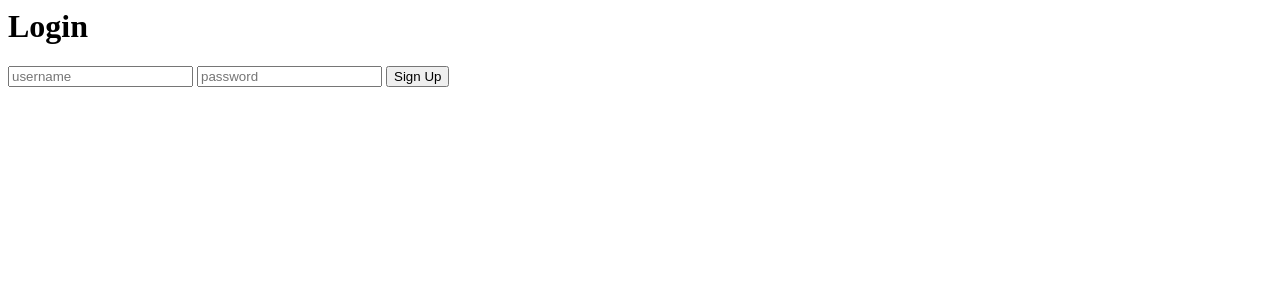
Repository: joeydom97/WebDevCourse
Page: http://localhost/login
The author's editor kept a record of every edit. The page is drawn from the files as they stood at one moment, then again after the next edit.
The browser window is 1280 px wide. The pictures show the whole page.
The page is served by the project's Node server (YelpCamp/app.js). Other server files are loaded and not shown.

Above is the page before.

### workspace/YelpCamp/views/login.ejs
<h1>Login</h1>

<form action="/login" method="POST">
    <input type="text" name="username" placeholder="username">
    <input type="password" name="password" placeholder="password">
    <button>Sign Up</button>
</form>

### workspace/YelpCamp/app.js
var express = require('express'),
    app = express(),
    bodyParser = require('body-parser'),
    mongoose = require('mongoose'),
    Campground = require('./models/campground'),
    seedDB = require("./seeds"),
    Comment = require('./models/comment'),
    User = require('./models/user'),
    passport = require('passport'),
    LocalStrategy = require('passport-local');

seedDB();

mongoose.connect("mongodb://localhost/yelp_camp", {useNewUrlParser: true});
app.use(bodyParser.urlencoded({extended: true}));

app.set("view engine", "ejs");
app.use(express.static(__dirname + "/public"));


app.use(require("express-session")({
    secret: "I love all the tomatoes in the entire world",
    resave: false,
    saveUninitialized: false
}));

app.use(passport.initialize());
app.use(passport.session());
passport.use(new LocalStrategy(User.authenticate()));
passport.serializeUser(User.serializeUser());
passport.deserializeUser(User.deserializeUser());



app.get("/", function(req, res){
    res.render("landing");
});

app.get("/campgrounds", function(req, res){
    Campground.find({}, function(err, campgrounds){
       if(err){
           console.log(err);
       } else{
           res.render("campgrounds/index", {campgrounds: campgrounds})
       }
    });

});

app.post("/campgrounds", function(req, res){
    var name = req.body.name;
    var image = req.body.image;
    var desc = req.body.description;
    var newCampground = {name: name, image: image, description: desc};
    Campground.create(newCampground, function(err, newlyCreated){
        if(err){
            console.log(err);
        }else{
            res.redirect("/campgrounds");
        }
    });

});

app.get("/campgrounds/new", function(req, res){
    res.render("campgrounds/new");
});


app.get("/campgrounds/:id", function(req, res){
    Campground.findById(req.params.id).populate("comments").exec(function(err, foundCampground){
        if(err){
            console.log(err);
        }else{
            res.render("campgrounds/show", {campground: foundCampground});
        }
    });


});


app.get("/campgrounds/:id/comments/new", function(req, res){
    Campground.findById(req.params.id, function(err,  campground){
        if(err){
            console.log(err);
        }else{
             res.render("comments/new", {campground: campground})
        }
    });

});

app.post("/campgrounds/:id/comments", function(req, res){
    Campground.findById(req.params.id, function(err, campground){
       if(err){
           console.log(err);
           res.redirect("/campgrounds");
       }else{
           Comment.create(req.body.comment, function(err, comment){
               if(err){
                   console.log(err);
               }else{
                   campground.comments.push(comment);
                   campground.save();
                   res.redirect("/campgrounds/" + campground._id);
               }
           })
       }
    });
});

//Auth routes

app.get("/register", function(req, res){
    res.render("register");
});

app.post("/register", function(req, res){
    var newUser = new User({username: req.body.username });
    User.register(newUser, req.body.password, function(err, user){
        if(err){
            console.log(err);
            return res.render("register");
        }
        passport.authenticate("local")(req, res, function(){
            res.redirect("/campgrounds");
        });
    });
});


app.get("/login", function(req, res){
    res.render("login");
});

app.post("/login",passport.authenticate("local", {
    successRedirect: "/campgrounds",
    failureRedirect: "/login"
}) ,function(req, res){

});


app.listen(process.env.PORT, process.env.IP, function(){
    console.log("YelpCamp has started");
});

After the next edit:
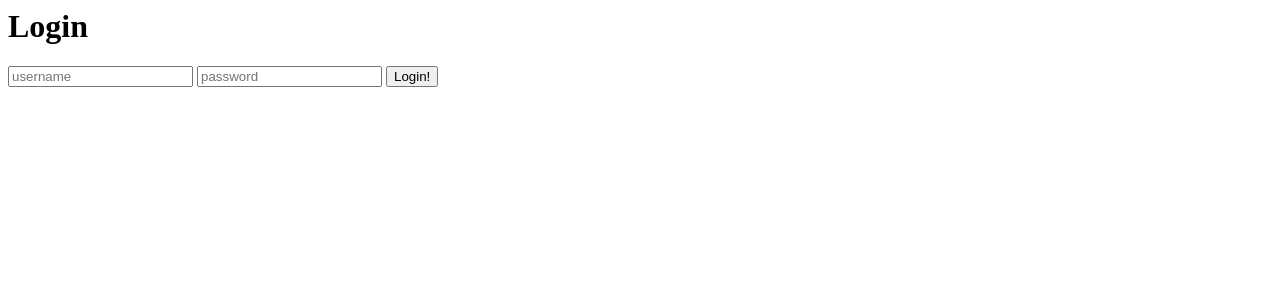
The edit:
--- a/workspace/YelpCamp/views/login.ejs
+++ b/workspace/YelpCamp/views/login.ejs
@@ -3,5 +3,5 @@
 <form action="/login" method="POST">
     <input type="text" name="username" placeholder="username">
     <input type="password" name="password" placeholder="password">
-    <button>Sign Up</button>
+    <input type="submit" value="Login!">
 </form>
